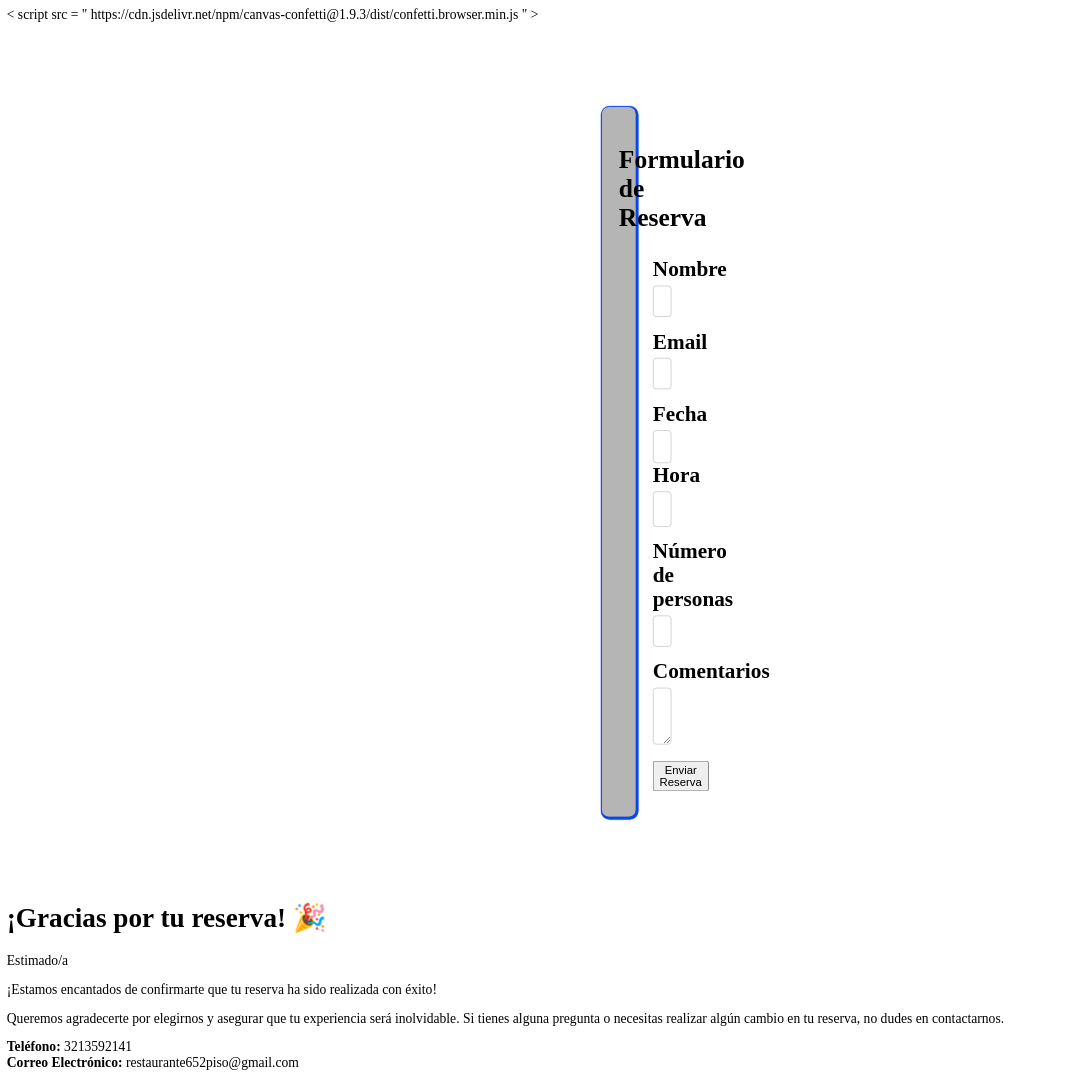
Repository: ye909/app_restaurante
Page: maquetacion/templei/reserva.html
These files come from the project's save history. The page is drawn as it stood at one moment and after the next save; the edit follows.
The browser window is 1280 px wide. The pictures show the whole page, at 85% of full size.

Above is the page before, as saved 2025-01-12 00:15:28.

### maquetacion/templei/reserva.html

    <!DOCTYPE html>
<html lang="es">
<head>
  <meta charset="UTF-8">
  <meta name="viewport" content="width=device-width, initial-scale=1.0">
  <title>Formulario de Reserva</title>
  <link rel="stylesheet" href="/css/reservar.css">
  < script  src = " https://cdn.jsdelivr.net/npm/canvas-confetti@1.9.3/dist/confetti.browser.min.js " > </script>

</head>
<body>

  <div class="container" id="container">

    <h2 class="title">Formulario de Reserva</h2>
    <form id="form_cliente" class="form" >
      <div class="form-group">
        <label for="nombre">Nombre</label>
        <input type="text" id="nombre" name="nombre" placeholder="Ingrese su nombre compreto">
      </div>
      <div class="form-group">
        <label for="email">Email</label>
        <input type="email" id="email" name="email" placeholder="Ingrese su Correo" >
      </div>
      <div class="form-group inline-group">
        <div>
          <label for="fecha">Fecha</label>
          <input type="date" id="fecha" name="fecha" >
        </div>
        <div>
          <label for="hora">Hora</label>
          <input type="time" id="hora" name="hora" >
        </div>
      </div>
      <div class="form-group">
        <label for="personas">Número de personas</label>
        <input type="number" id="personal" name="personas" min="1"  placeholder="Ingrese cantidad de personas">
      </div>
      <div class="form-group">
        <label for="comentarios">Comentarios</label>
        <textarea id="comentarios" name="comentarios" rows="3"></textarea>
      </div>
      <button  class="submit-button" id="submit-button">Enviar Reserva</button>
    </form>
  </div>

  <div class="container_modal_reserva" id="container_modal_reserva">
    <h1>¡Gracias por tu reserva! 🎉</h1>
    <p>Estimado/a <strong id="validar_nombre"></strong></p>

    <p class="mensaje">¡Estamos encantados de confirmarte que tu reserva ha sido realizada con éxito!</p>


    <p>Queremos agradecerte por elegirnos y asegurar que tu experiencia será inolvidable. Si tienes alguna pregunta o necesitas realizar algún cambio en tu reserva, no dudes en contactarnos.</p>
    <p>
        <strong>Teléfono:</strong id="validar_telefono"> 3213592141<br>
        <strong>Correo Electrónico:</strong id="validar_email"> restaurante652piso@gmail.com
    </p>

</div>

  <script src="/js/reserva.js"></script>
</body>
</html>

### css/reservar.css
.container {
    max-width: 450px;
    margin: 100px 700px;
    background:rgba(14, 13, 13,0.3);
    box-shadow: rgb(7, 71, 236)  1px 1px 1px 2px,rgb(7, 71, 236) 1px  1px 1px 2px;
    padding: 20px;
    border-radius: 8px;

}
.form{
  padding: 10px;
  margin-left: 30px;
}
.title {
    text-align: center;
    font-size: 30px;
    margin-bottom: 20px;
  }

  .form-group {
    margin-bottom: 15px;
  }


  label {
    display: block;
    margin-bottom: 5px;
    font-weight: bold;
    font-size: 25px;
  }
  ::placeholder{
    font-size: 20px;
  }
  input:focus{

  outline: 1px solid #007BFF;
  background:transparent;
  color:white;
  }
  input, textarea {
    width: 80%;
    padding: 10px;
    border: 1px solid #ccc;
    border-radius: 4px;
  }
/*



#hora{
  width: 60%;
}

.inline-group {
  display: flex;
  gap: 15px;
}

.inline-group > div {
  flex: 1;
}

textarea {
  resize: vertical;
}

.submit-button {
  width: 86%;
  padding: 10px;
  background-color: #007BFF;
  color: white;
  border: none;
  border-radius: 4px;
  font-size: 16px;
  cursor: pointer;
}

.submit-button:hover {
  background-color: #0056b3;
} */
/*mensaje para la reserva*/
/*crear la animacion donde el mensaje salga de ariba asta el centro de la panta */

/* .container_modal_reserva{
  transition: 2s;
  max-width: 450px;
  margin: 100px 700px;
  background:rgba(14, 13, 13,0.3);
  box-shadow: rgb(7, 71, 236)  1px 1px 1px 2px,rgb(7, 71, 236) 1px  1px 1px 2px;
  padding: 20px;
  border-radius: 8px;
 opacity: 0;

}
h1 {
  color: #007bff;
  text-align: center;
}
p {
  line-height: 1.4;
  font-size: 24px;
}
.mensaje{
  text-align: center;
  font-weight: bolder;
} */

### js/reserva.js
const form_cliente = document.getElementById("form_cliente");
const validar_nombre = document.getElementById("validar_nombre");
const  container = document.getElementById("container");
const  container_modal_reserva = document.getElementById("container_modal_reserva");

const   boton = document.getElementById("submit-button");


boton.addEventListener("click",()=>{
container.style.display="none"

container_modal_reserva.style.opacity=1
})



form_cliente.addEventListener("click", (event) => {
  event.preventDefault()


  const nombre = document.getElementById("nombre").value;


  if (nombre === nombre) {
    validar_nombre.innerText = nombre;
  }

});

After the next save:
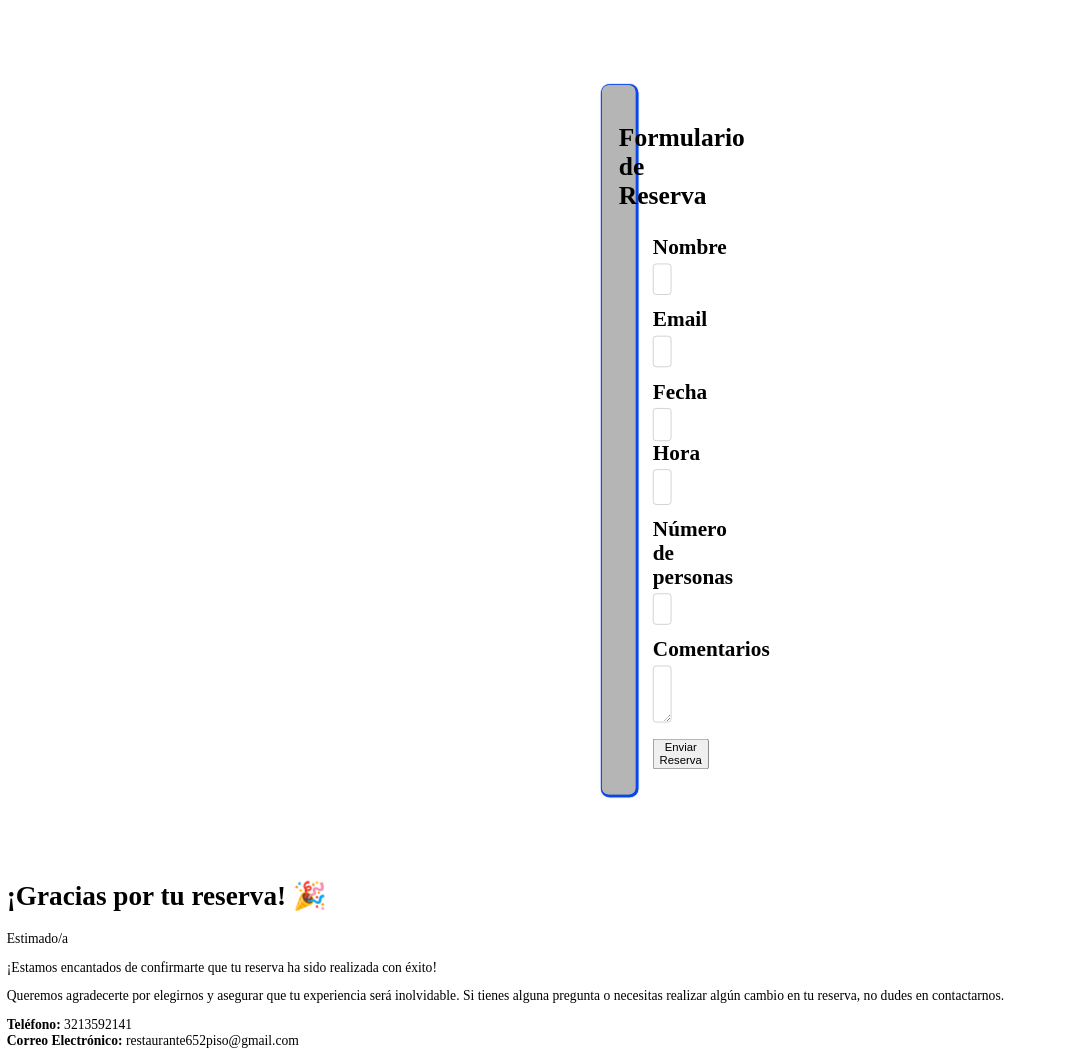
Saved 2 min 38 s later.
--- a/maquetacion/templei/reserva.html
+++ b/maquetacion/templei/reserva.html
@@ -6,7 +6,7 @@
   <meta name="viewport" content="width=device-width, initial-scale=1.0">
   <title>Formulario de Reserva</title>
   <link rel="stylesheet" href="/css/reservar.css">
-  < script  src = " https://cdn.jsdelivr.net/npm/canvas-confetti@1.9.3/dist/confetti.browser.min.js " > </script>
+
 
 </head>
 <body>
@@ -61,5 +61,6 @@
 </div>
 
   <script src="/js/reserva.js"></script>
+  <script  src="https://cdn.jsdelivr.net/npm/canvas-confetti@1.9.3/dist/confetti.browser.min.js "> </script>
 </body>
 </html>
